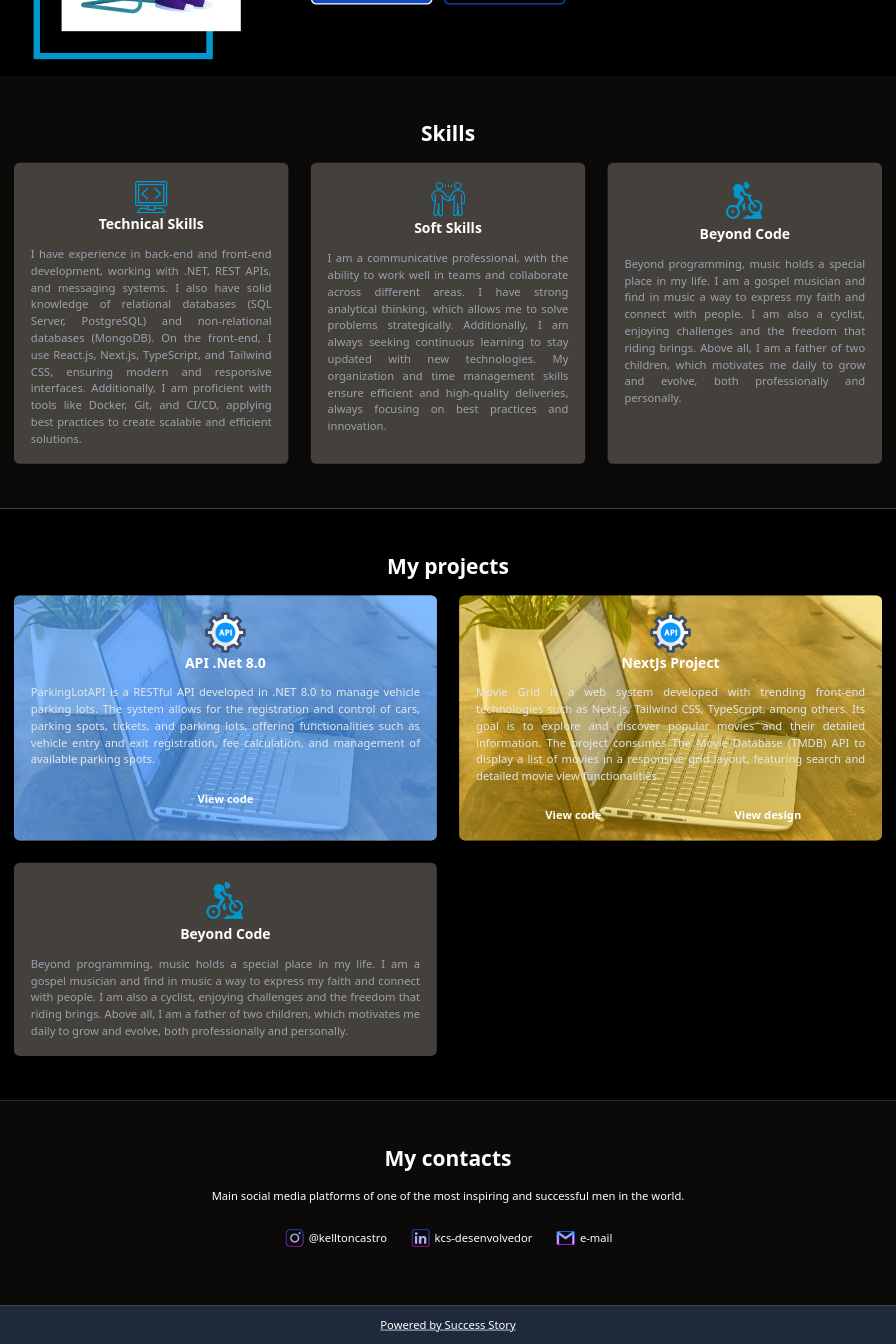
Repository: kcsdesenvolvedor/portfolio
Page: src/index.html
These files come from the project's save history. The page is drawn as it stood at one moment and after the next save; the edit follows.
The browser window is 1280 px wide. The pictures show the part of the page from y = 862 to 2782 px (the page is 2782 px tall), at 70% of full size.

Above is the page before, as saved 2025-03-08 18:30:16.
Console error: TypeError: Cannot read properties of null (reading 'textContent')

After the next save:
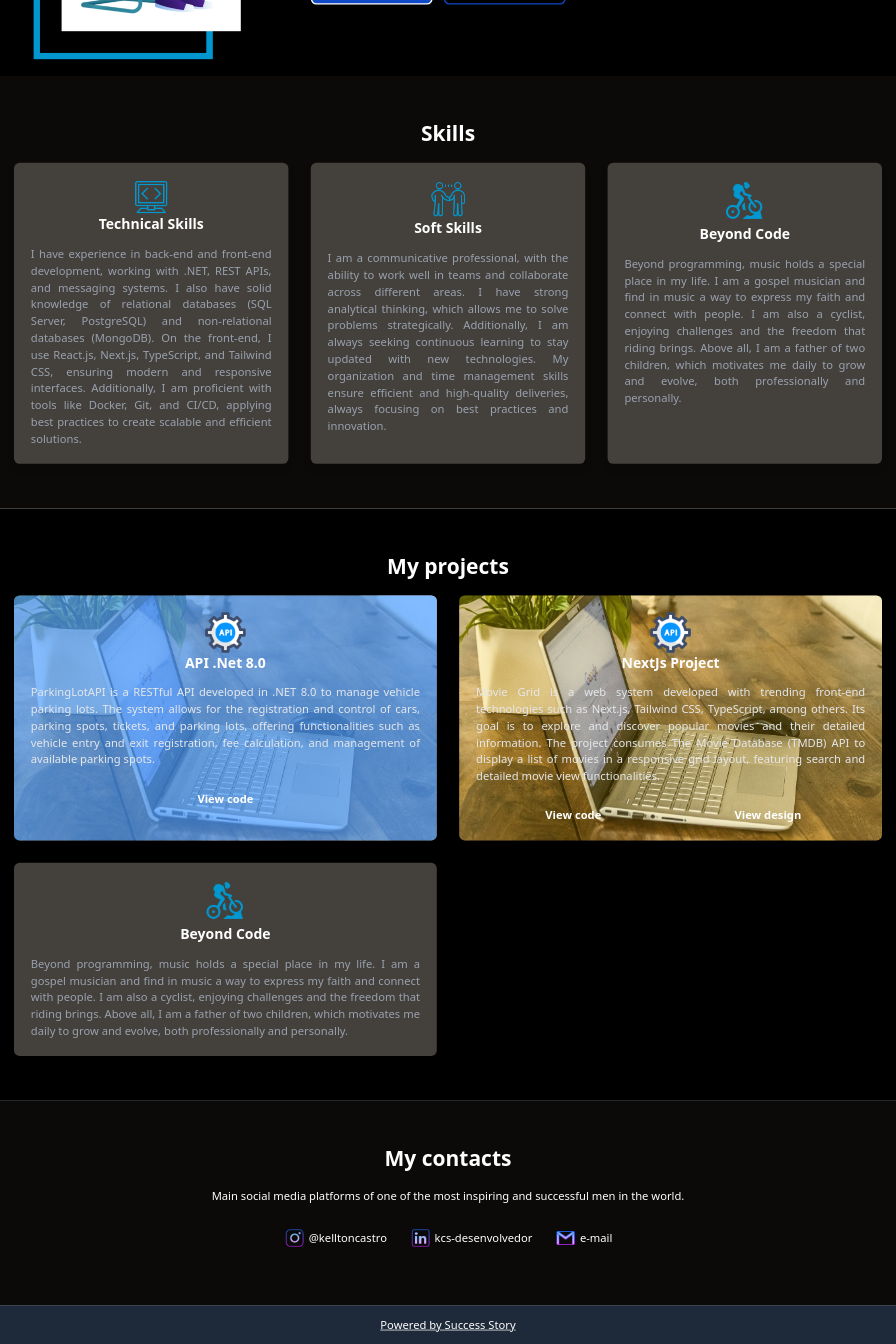
Saved 8 s later.
--- a/src/index.html
+++ b/src/index.html
@@ -218,7 +218,7 @@
                 </div>
                 <div class="relative bg-stone-700 p-6 rounded-lg shadow-lg
                 bg-[url('./img/homeoffice.jpg')] bg-cover bg-center bg-opacity-20">
-                    <div class="absolute inset-0 bg-yellow-400/40 rounded-lg"></div>
+                    <div class="absolute inset-0 bg-yellow-400/20 rounded-lg"></div>
                     <div class="relative z-10 flex flex-col items-center">
                         <img src="./img/api.png" alt="image api">
                         <h4 class="text-xl text-white font-bold mb-4">NextJs Project</h4>
